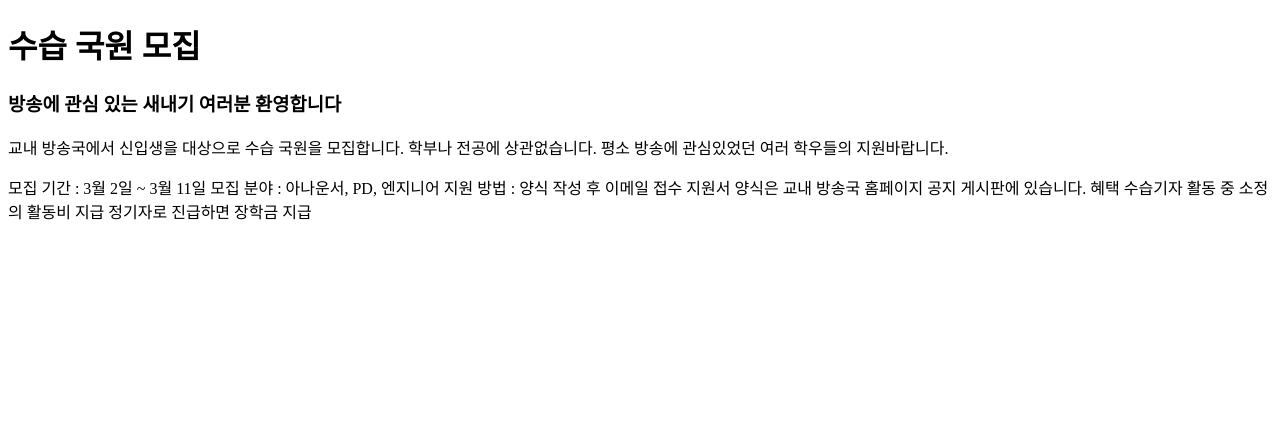
Repository: angelSuho/KCC_Learning_Repo
Page: Html/WebContent/mission.html
These files come from the project's save history. The page is drawn as it stood at one moment and after the next save; the edit follows.
The browser window is 1280 px wide. The pictures show the whole page.

Above is the page before, as saved 2024-07-08 05:02:32.

After the next save:
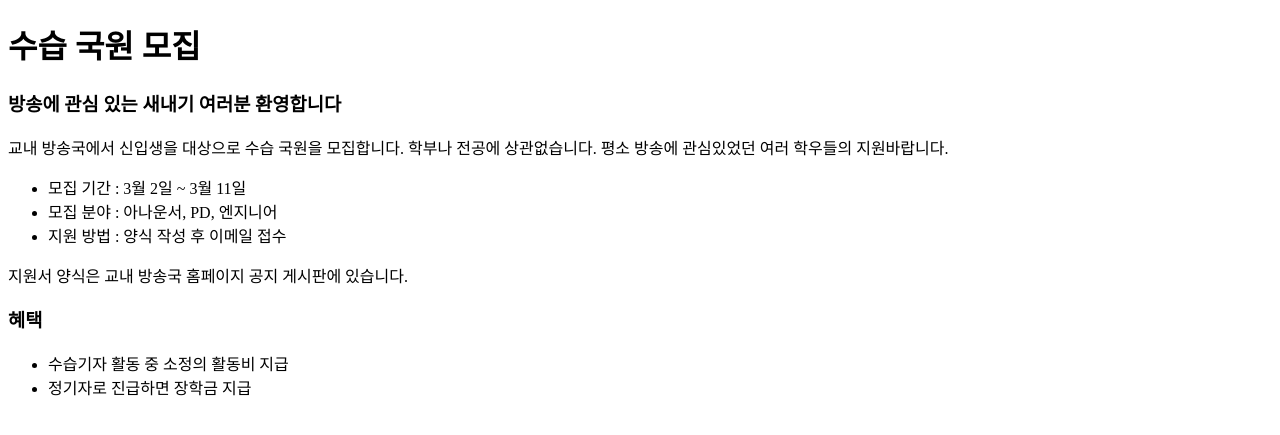
Saved 90 s later.
--- a/Html/WebContent/mission.html
+++ b/Html/WebContent/mission.html
@@ -12,13 +12,16 @@
 평소 방송에 관심있었던 여러 학우들의 지원바랍니다.
 </p>
 
-모집 기간 : 3월 2일 ~ 3월 11일
-모집 분야 : 아나운서, PD, 엔지니어
-지원 방법 : 양식 작성 후 이메일 접수
+<ul>
+<li>모집 기간 : 3월 2일 ~ 3월 11일</li>
+<li>모집 분야 : 아나운서, PD, 엔지니어</li>
+<li>지원 방법 : 양식 작성 후 이메일 접수</li>
+</ul>
 지원서 양식은 교내 방송국 홈페이지 공지 게시판에 있습니다.
 
-혜택
-수습기자 활동 중 소정의 활동비 지급
-정기자로 진급하면 장학금 지급
+<h3>혜택</h3>
+<ul>
+<li>수습기자 활동 중 소정의 활동비 지급</li>
+<li>정기자로 진급하면 장학금 지급</li>
 </body>
 </html>
